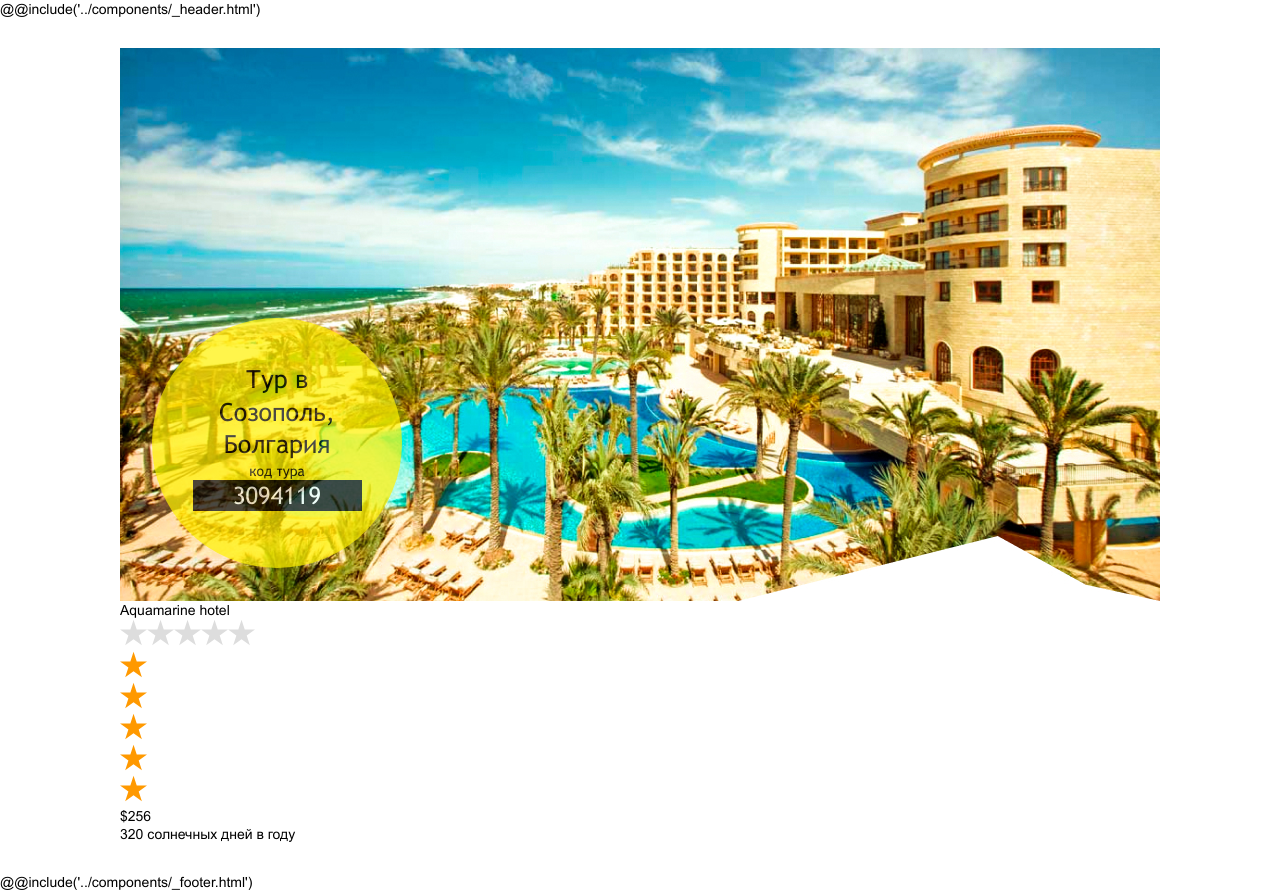
Repository: chekhunov/suntour
Page: app/html/pages/index.html
The author's editor kept a copy of each file at every save. The page is drawn from the files as they stood at one save, then again after the next save.
The browser window is 1280 px wide. The pictures show the whole page.
Some web fonts or font styles are not loaded; a fallback is used. The style sheet was rebuilt from its Sass, Less or Tailwind sources for each picture, by a compiler version that may differ from the author's.

Above is the page before, as saved 2021-03-04 13:25:26.

### app/html/pages/index.html
<!DOCTYPE html>
<html lang="en">

<head>
  <meta charset="UTF-8">
  <meta name="viewport" content="width=device-width, initial-scale=1.0">
  <title>SunTour</title>
  <link rel="stylesheet" href="css/style.min.css?v=0.1">
</head>

<body>

  @@include('../components/_header.html')

  <main class="main">

    <section class="content">

      <div class="container">

        <article class="card-hotel" href="#">

          <div class="card-hotel__image" style="background-image: url('images/content/card-hotelbg.jpg');">

            <div class="card-hotel__box">

              <div class="card-hotel__tour">

                <span class="card-hotel__title-tour">
                  Тур в Созополь, Болгария
                </span>

                <div class="card-hotel__code-tour">

                  код тура

                  <span class="card-hotel__code">

                    3094119

                  </span>

                </div>

              </div>

            </div>

          </div>

          <div class="card-hotel__content">

            <div class="card-hotel__item">

              <span class="card-hotel__title">

                Aquamarine hotel

              </span>

              <div class="star"></div>

              <span class="price">

                $256

              </span>

            </div>

            <div class="card-hotel__item">



            </div>

            <div class="card-hotel__sunday">

              <span class="card-hotel__day">

                320

              </span>

              солнечных дней в году

            </div>

          </div>


        </article>

      </div>

    </section>

  </main>

  @@include('../components/_footer.html')

  <script src="js/main.min.js"></script>

</body>

</html>

### app/scss/style.scss
@import 'vars';  //переменные для цвета для шрифта
@import 'fonts'; // подключение шрифтов
@import 'reset'; //сброс всех стилей
@import 'global'; // подключение глобальных стилей типо reset.css, то что на body для сылок
// @import 'media'; // адаптив
@import "mixins";

@import "components/header";
@import "components/card-hotel";
@import "home/home";

### app/scss/_vars.scss

%arial-400 {
  font-family: "Arial-Regular", sans-serif;
  font-weight: 400;
}

%arial-700 {
  font-family: "Arial-bold", sans-serif;
  font-weight: 700;
}

%trebuchetMS-700 {
  font-family: "TrebuchetMS-bold", sans-serif;
  font-weight: 700;
}

### app/scss/_fonts.scss
@font-face {
  font-family: "Arial-regular";
  font-weight: 400;
  font-style: normal;
  src: url("../fonts/Arial.woff2") format("woff2"),
    url("../fonts/Arial.woff") format("woff");
  font-display: swap; //самое оптимальное для пользователя при прогрузке шрифтов
}

@font-face {
  font-family: "Arial-bold";
  font-weight: 700;
  font-style: normal;
  src: url("../fonts/Arial.woff2") format("woff2"),
    url("../fonts/Arial.woff") format("woff");
  font-display: swap; //самое оптимальное для пользователя при прогрузке шрифтов
}

@font-face {
  font-family: "TrebuchetMS-bold";
  font-weight: 700;
  font-style: normal;
  src: url("../fonts/TrebuchetMS.woff2") format("woff2"),
    url("../fonts/TrebuchetMS.woff") format("woff");
  font-display: swap; //самое оптимальное для пользователя при прогрузке шрифтов
}

### app/scss/_reset.scss
/* Указываем box sizing */
/* плавный скроллинг по сайту */
/* scroll-behavior: smooth;  */
html {
  box-sizing: border-box;
}

*,
*::after,
*::before {
  box-sizing: inherit;
}

// только у них будет padding 0 если класса у них нет тогда padding будет не 0
ul,
ol {
  padding: 0;
}

/* Убираем внешние отступы */
body,
h1,
h2,
h3,
h4,
p,
ul[class],
ol[class],
li,
figure,
figcaption,
blockquote{
  margin: 0;
}

/* Выставляем основные настройки по-умолчанию для body */
body {
  min-height: 100vh;
  scroll-behavior: smooth;
  text-rendering: optimizeSpeed;
  line-height: 1.3;
}

/* Удаляем стандартную стилизацию для всех ul и il, у которых есть атрибут class*/
ul,
ol{
  list-style: none;
}

a {
  text-decoration: none;
}

/* Элементы a, у которых нет класса, сбрасываем до дефолтных стилей */
a:not([class]) {
  text-decoration-skip-ink: auto;
}

/* Упрощаем работу с изображениями */
img {
  max-width: 100%;
  display: block;
}

/* Указываем понятную периодичность в потоке данных у article*/
// article > * + * {
//   margin-top: 1em;
// }

/* Наследуем шрифты для инпутов и кнопок */
input,
button,
textarea,
select {
  font: inherit;
}

/* Удаляем все анимации и переходы для людей, которые предпочитай их не использовать */
@media (prefers-reduced-motion: reduce) {
  * {
    animation-duration: 0.01ms !important;
    animation-iteration-count: 1 !important;
    transition-duration: 0.01ms !important;
    scroll-behavior: auto !important;
  }
}

address {
  font-style: normal;
}

### app/scss/_global.scss
@import "mixins";

html,
body {
  height: 100%;
}

body {
  display: flex;
  flex-direction: column;
  font-size: 14px;
  color: black;
  background-color: white;
  @extend %arial-400;
}

// main {
//   @include _1200 {
//     position: relative;
//     transition: 0.5s;
//     z-index: 0;

//     &.main--active {
//       transform: translateX(-20%);
//     }
//   }

//   @include _560 {
//     top: 0;
//     &.main--active {
//       transform: translateX(-30%);
//     }
//   }
// }

.container {
  max-width: 1070px;
  margin: 0 auto;
  padding: 0 15px;
}

.main {
  flex-grow: 1;
}

a,
button {
  outline: transparent;
  cursor: pointer;
}

.uppercase {
  text-transform: uppercase;
}

.logo {
  &__img {
    max-width: 179px;
    max-height: 44px;
    object-fit: cover;
  }
}

### app/scss/_mixins.scss

@mixin _1500 {
  @media (max-width: 1500px) {
    @content;
  }
}

@mixin _1200 {
  @media (max-width: 1200px) {
    @content;
  }
}


@mixin _1024 {
  @media (max-width: 1024px) {
    @content;
  }
}

@mixin _860 {
  @media (max-width: 860px) {
    @content;
  }
}

@mixin _768 {
  @media (max-width: 768px) {
    @content;
  }
}


@mixin _560 {
  @media (max-width: 560px) {
    @content;
  }
}

@mixin _425 {
  @media (max-width: 425px) {
    @content;
  }
}

### app/scss/components/_header.scss
.header {
  width: 100%;
  height: 104px;
  padding: 30px 0;
  background-color: #00BFF3;
}

### app/scss/components/_card-hotel.scss
.card-hotel {
  &__image {
    max-width: 1040px;
    min-height: 553px;
    display: flex;
    justify-content: left;
    align-items: flex-end;
    background-repeat: no-repeat;
    background-position: top center;
    background-size: cover;
    object-fit: cover;
  }

  &__box {
    width: 250px;
    height: 250px;
    margin-left: 32px;
    margin-bottom: 33px;
    display: flex;
    justify-content: center;
    align-items: center;
    background-color: #FFF200;
    opacity: 0.7;
    border-radius: 150px;
  }

  &__tour {
    width: 169px;
    height: 158px;
    font-size: 25px;
    text-align: center;
    @extend %trebuchetMS-700;
  }

  &__code-tour {
    display: flex;
    flex-direction: column;
    font-size: 14px;
  }

  &__code {
    font-size: 24px;
    background-color: black;
    color: white;
  }
}

### app/scss/home/_home.scss
@import "home/content";

### app/scss/home/_content.scss

.content {
  padding: 30px 0;
}

Loaded but not shown: app/js/main.min.js (library)

After the next save:
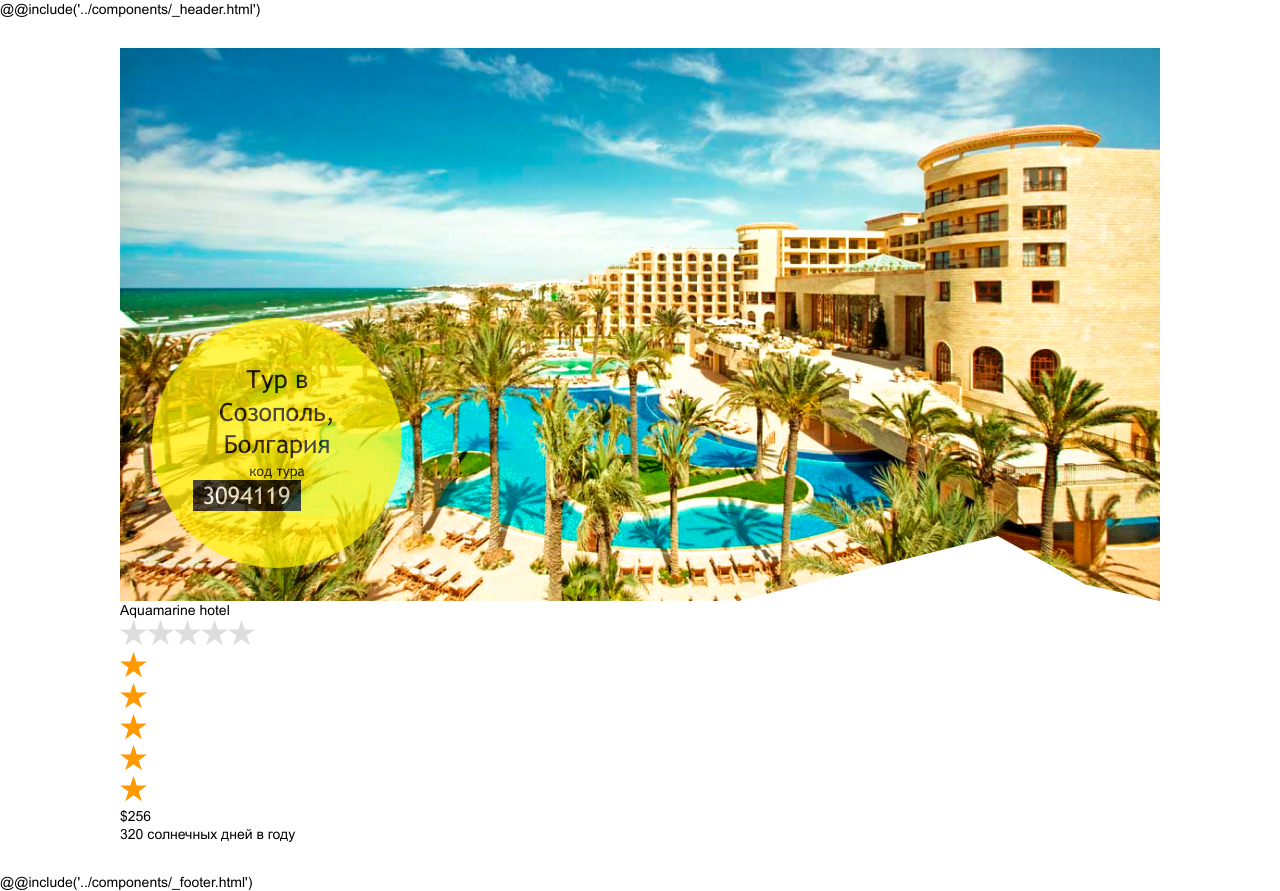
Saved 70 s later.
--- a/app/scss/components/_card-hotel.scss
+++ b/app/scss/components/_card-hotel.scss
@@ -39,6 +39,8 @@
   }
 
   &__code {
+    width: 108px;
+    height: 31px;
     font-size: 24px;
     background-color: black;
     color: white;
